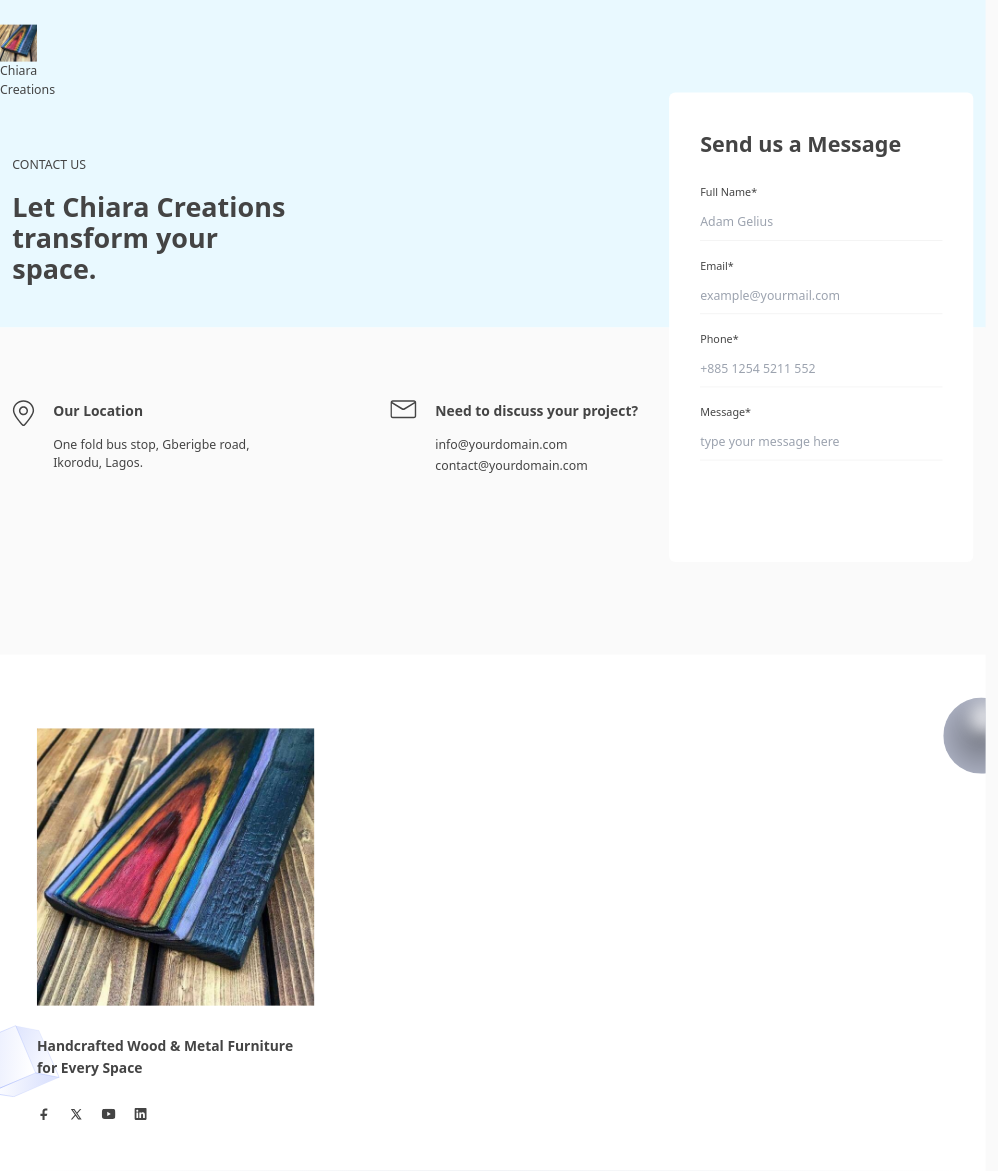
Repository: SuezDevelopment/chiara_creations
Page: /
An editor plug-in stored every save of this project. The page is shown before and after the next save, followed by the edit.
The browser window is 1280 px wide. The page is 1296 px wide, so the pictures cover 1296 px, including what lies to the right of the window. The pictures show the whole page, at 77% of full size.
The project was rebuilt for these pictures with package versions that can differ from the ones it lists, and the page was loaded fresh each time. The framework's server and built-in components were replaced by stand-ins that run in the browser. Also part of the build but not shown: next.config.mjs.

Above is the page before, as saved 2024-03-07 12:57:39.

After the next save:
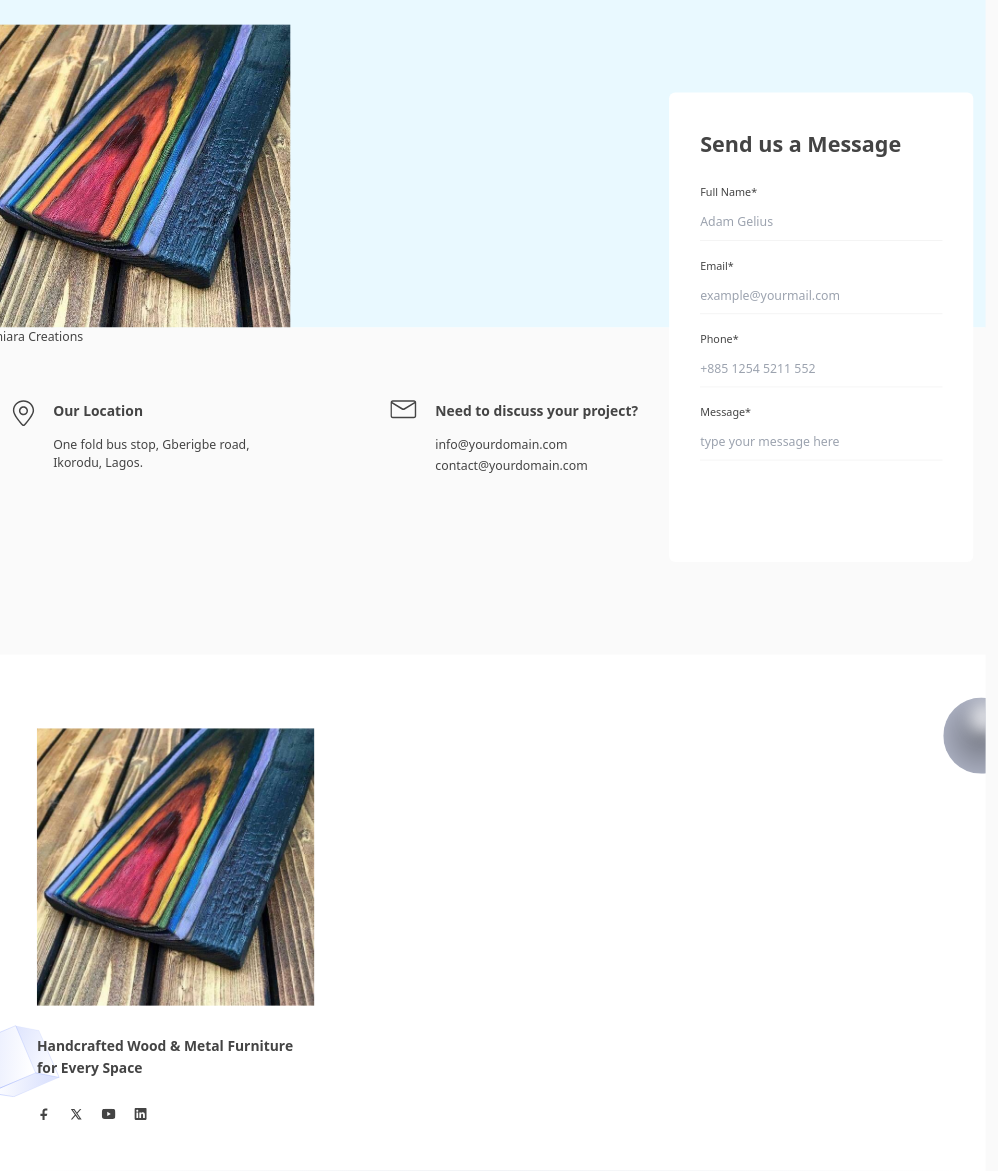
Saved 5 min 56 s later.
--- a/src/components/ui/header.tsx
+++ b/src/components/ui/header.tsx
@@ -55,7 +55,7 @@ const Header = () => {
       >
         <div className="container">
           <div className="relative -mx-4 flex items-center justify-between">
-            <div className="w-20 max-w-full px-4 xl:mr-12">
+            <div className="w-20 max-w-full px-4 xl:mr-12 relative z-20 flex w-full justify-between md:px-0 lg:w-max">
               <Link
                 href="/"
                 className={`header-logo block w-full ${
